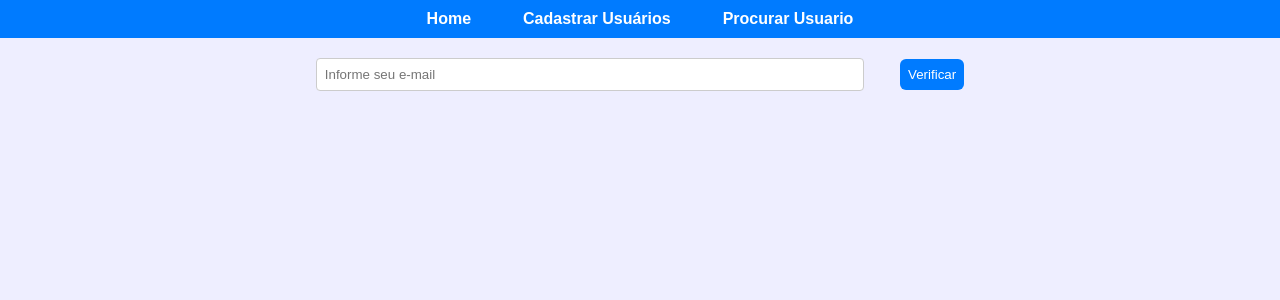
Repository: diegoeiti/Logica-Programacao
Page: http://localhost/paginas/verificarUsuario
An editor plug-in stored every save of this project. The page is shown before and after the next save, followed by the edit.
The browser window is 1280 px wide. The pictures show the whole page.
The page is run by PHP 8.4 with error messages shown; the project is at /var/www/html/.

Above is the page before, as saved 2025-10-31 09:16:05.

After the next save:
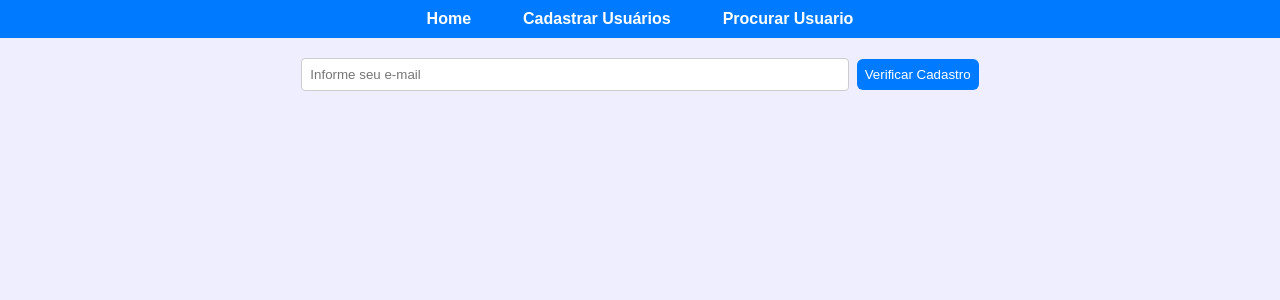
Saved 5 s later.
--- a/Modulo 3 - PHP/Aula 20 CRUDalunos/paginas/verificarUsuario.php
+++ b/Modulo 3 - PHP/Aula 20 CRUDalunos/paginas/verificarUsuario.php
@@ -22,7 +22,7 @@
         <section id="container">
             <form action="verificarUsuario" method="post">
                 <input type="email" name="email" id="email" placeholder="Informe seu e-mail">
-                <input type="submit" value="Verificar">
+                <input type="submit" value="Verificar Cadastro">
             </form>
         </section>
     </main>
